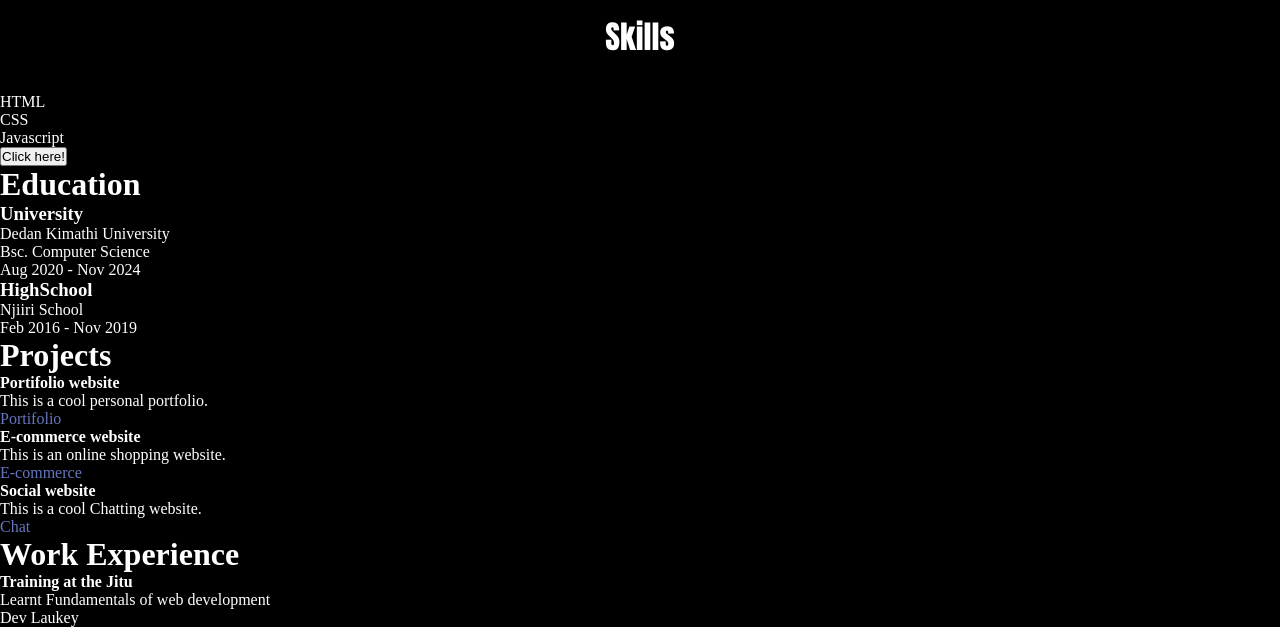
Repository: LaukeyMwaura/Jitu-Day-2
Page: index.html
These files come from the project's save history. The page is drawn as it stood at one moment and after the next save; the edit follows.
The browser window is 1280 px wide. The pictures show the part of the page from y = 640 to 1267 px (the page is 1267 px tall).
A picture or video elsewhere on the page could not be fetched, so the positions and the page height are approximate.

Above is the page before, as saved 2022-05-12 00:31:30.

### index.html
<!DOCTYPE html>
<html lang="en">
  <head>
    <meta charset="UTF-8" />
    <meta http-equiv="X-UA-Compatible" content="IE=edge" />
    <meta name="viewport" content="width=device-width, initial-scale=1.0" />
    <title>First Site</title>
    <link rel="stylesheet" href="./style.css">
  </head>
  <body>
    <nav class="nav">
      <ul class="list" style="list-style-type: circle">
        <li><a href="#about">About </a></li>
        <li><a href="#skills">Skills </a></li>
        <li><a href="#education">Education </a></li>
        <li><a href="#projects">Projects </a></li>
        <li><a href="#work">Work </a></li>
      </ul>
    </nav>
    <div id="about">
      <h1 class="heading" id="about-me">About Me</h1>
      <div class="about">
        <p class="text">Music Lover

        </p>
        <br>
         <p class="text"> Programming Enthusiast.</p>
          <p class="text">Let's connect:</p>
      <ul class="links">
     <li><a class="link" target="_blank" href="https://devlaukey.netlify.com/">Website</a></li>

        <li> <a target="_blank" href="https://www.linkedin.com/in/devlaukey/"
        >LinkedIn</a
      ></li>
        <li>
      <a target="_blank" href="https://github.com/DevLaukey">Github</a></li>
      </ul>

      <img
        height="450"
        weight="450"
        src="https://devlaukey.netlify.app/uploads/me.jpeg"
        alt=""
      />

      </div>


    </div>
    <div id="skills" >
      <h1 class="heading">Skills</h1>
      <ul class="skills">
        <li id="html">HTML</li>
        <li>CSS</li>
        <li>Javascript</li>
      </ul>
    </div>
    <button>
      Click here!
    </button>
    <div class="education" id="education">
      <h1>Education</h1>
      <div class="">
        <h3>University</h3>
        <p>Dedan Kimathi University</p>
        <p>Bsc. Computer Science</p>
        <p>Aug 2020 - Nov 2024</p>
      </div>
      <div>
        <h3>HighSchool</h3>
        <p>Njiiri School</p>
        <p>Feb 2016 - Nov 2019</p>
      </div>
    </div>
    <div class="project" id="projects">
      <h1>Projects</h1>
      <div class="project" >
        <h4>Portifolio website</h4>
        <p>This is a cool personal portfolio.</p>
        <a href="https://devlaukey.netlify.app/">Portifolio</a>
      </div>
      <div class="project">
        <h4>E-commerce website</h4>
        <p>This is an online shopping website.</p>
        <a href="https://victor-100.web.app/">E-commerce</a>
      </div>
      <div class="project">
        <h4>Social website</h4>
        <p>This is a cool Chatting website.</p>
        <a href="https://messenger-clone-70550.web.app/">Chat</a>
      </div>
    </div>
    <div id="work" class="work">
      <h1>Work Experience</h1>
      <div>
        <h4>Training at the Jitu</h4>
        <p>Learnt Fundamentals of web development</p>
      </div>
    </div>

    <footer>
      <p>Dev Laukey</p>
    </footer>
  </body>
</html>

### style.css
*{
    margin: 0;
    padding: 0;
    box-sizing: border-box;
}
body {
    background-color: black;
    color: white;
}
.about {
    font-family:Impact, Haettenschweiler, 'Arial Narrow Bold', sans-serifs;
}
.heading{
    text-align: center;
    font-size: 2em;
    font-family:Impact, Haettenschweiler, 'Arial Narrow Bold', sans-serifs;
    margin: 1em;
}
.list{
    display: flex;
    text-align: center;
    justify-content: center;
    overflow: hidden;
}

.list>li{
    margin: 10px 5px ;
    font-size: 1.5rem;
    padding: 10px 10px 0 10px;
    font-family: 'Courier New', Courier, monospace;

}
li{
    list-style: none;
}
.links{
    padding:10px;

}
a{
    text-decoration: none;
    color: rgb(102, 118, 190);

}

.text {
    font-size: 1.5em;
    font-family: 'Lucida Sans', 'Lucida Sans Regular', 'Lucida Grande', 'Lucida Sans Unicode', Geneva, Verdana, sans-serif;
}

.about{
    display: flex;

    justify-content: space-evenly;
}

After the next save:
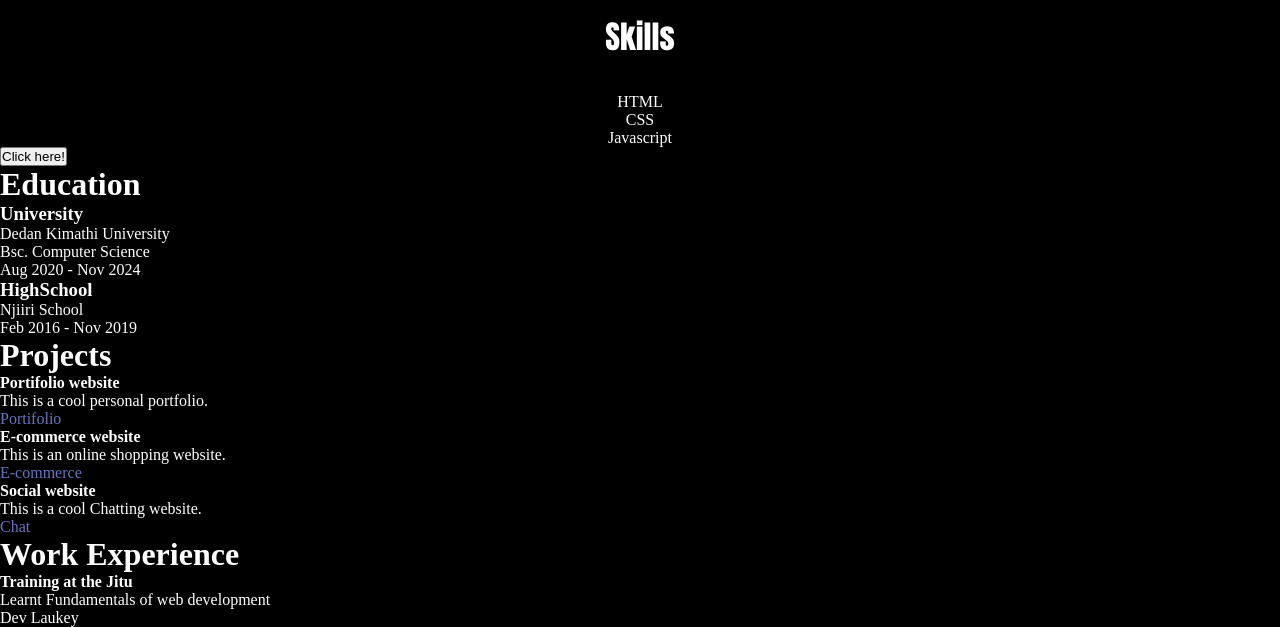
Saved 9 s later.
--- a/style.css
+++ b/style.css
@@ -53,3 +53,8 @@ a{
 
     justify-content: space-evenly;
 }
+
+
+.skills {
+    text-align: center;
+}
